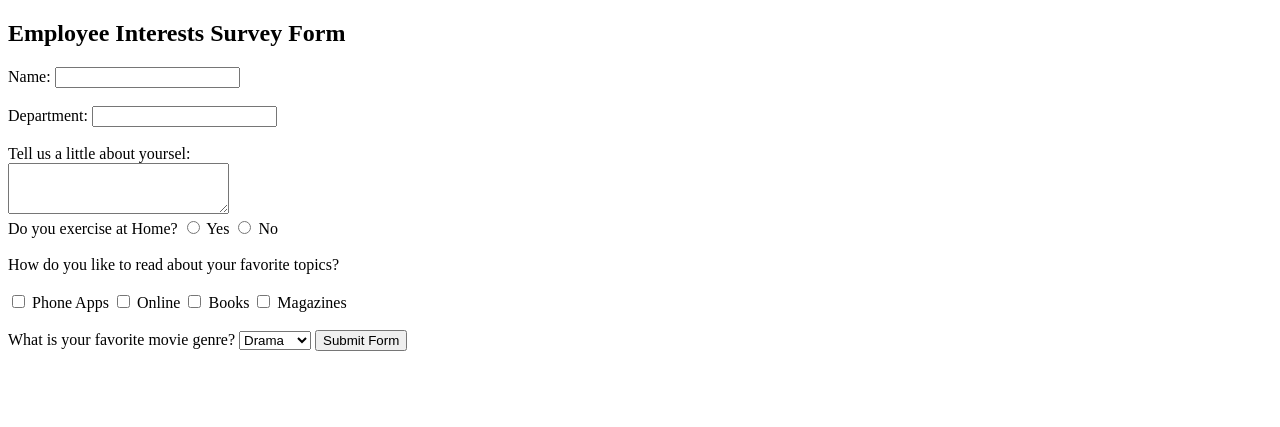
Repository: JoaoLemesDEV/Exercise-Survey-Form
Page: index.html
These files come from the project's save history. The page is drawn as it stood at one moment and after a run of saves; the edit follows.
The browser window is 1280 px wide. The pictures show the whole page.

Above is the page before, as saved 2021-10-10 18:36:09.

After the next 2 saves:
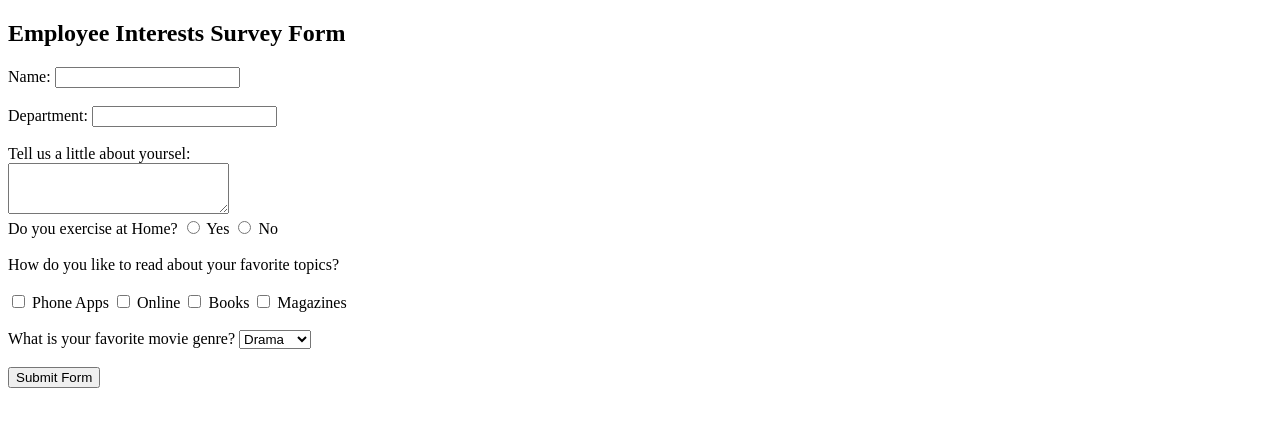
The 2 saves are shown as one change because they came seconds apart.
The last was saved 9 s later.
--- a/index.html
+++ b/index.html
@@ -37,7 +37,7 @@
         <option value="">Comedy</option>
         <option value="">Horror</option>
         <option value="">Action</option>
-      </select>
+      </select><br><br>
       <input type="submit" value="Submit Form">
     </form>
   </body>
